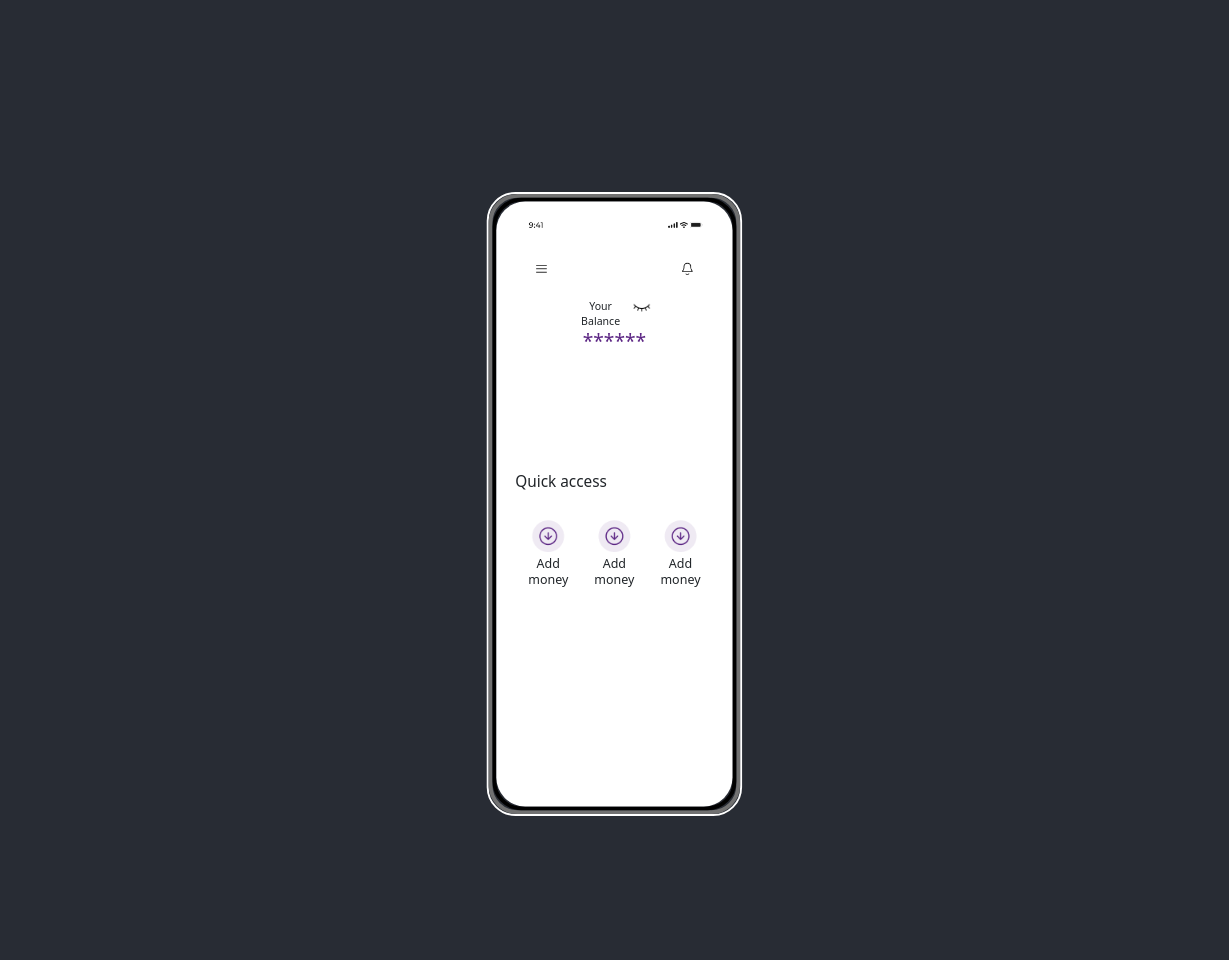
Repository: sarahnnanyelugo/fcmb-hackathon
Page: /
The author's editor kept a copy of each file at every save. The page is drawn from the files as they stood at one save, then again after the next save.
The browser window is 1280 px wide. The pictures show the whole page, at 96% of full size.
The project was rebuilt for these pictures with package versions that can differ from the ones it lists, and the page was loaded fresh each time.

Above is the page before, as saved 2023-10-28 18:32:56.

### src/App.js
import "bootstrap/dist/css/bootstrap.min.css";
import Top from "./assets/images/top.png";
import Menu from "./assets/images/menu.png";
import Bell from "./assets/images/bell.png";
import Eye from "./assets/images/eye.png";
import Eye2 from "./assets/images/eye2.png";
import Add from "./assets/images/add.png";
import Transfer from "./assets/images/trans.png";
import Card from "./assets/images/atm.png";
import Mobile from "./assets/images/topup.png";
import Lending from "./assets/images/lend.png";
import Data from "./assets/images/data.png";
import "./App.scss";
import { useState } from "react";

function App() {
  const [showBalance, setShowBalance] = useState(false);
  const [balance, setBalance] = useState("");

  const toggleShowBalance = () => {
    setShowBalance(!showBalance);
  };
  return (
    <>
      <div className="app-header">
        <center>
          <div className="col-md-3">
            <center>
              <div className="col-md-10 app">
                <div className="app-inner">
                  <div className="app-inner2">
                    <div className="app-face">
                      <img src={Top} alt="icon" width="100%" />
                      <div className="flexy" style={{ padding: "20px" }}>
                        <div className="col-md-1 ">
                          {" "}
                          <img src={Menu} alt="icon" width="100%" />
                        </div>
                        <div className="col-md-1 offset-md-10">
                          {" "}
                          <img src={Bell} alt="icon" width="100%" />
                        </div>
                      </div>
                      <center>
                        <div className="col-md-5 balance">
                          <div className="flexy">
                            <small className="col-md-8"> Your Balance </small>
                            <span
                              onClick={toggleShowBalance}
                              className="col-md-4"
                            >
                              {showBalance ? (
                                <img
                                  className=""
                                  src={Eye}
                                  alt="Scholar"
                                  width="60%"
                                />
                              ) : (
                                <img
                                  className=""
                                  src={Eye2}
                                  alt="Scholar"
                                  width="80%"
                                />
                              )}
                            </span>
                          </div>
                          <h5>{showBalance ? "₦2,000" : "******"}</h5>
                        </div>
                      </center>
                      <br />
                      <h6 style={{ float: "left" }}>Quick access</h6>
                      <div className="flexy col-md-12 access">
                        <div className="col-md-4">
                          {" "}
                          <img src={Add} alt="icon" width="50%" />
                          <h6>Add money</h6>
                        </div>
                        <div className="col-md-4">
                          {" "}
                          <img src={Add} alt="icon" width="50%" />
                          <h6>Add money</h6>
                        </div>
                        <div className="col-md-4">
                          {" "}
                          <img src={Add} alt="icon" width="50%" />
                          <h6>Add money</h6>
                        </div>
                      </div>
                    </div>
                  </div>
                </div>
              </div>
            </center>
          </div>
        </center>
      </div>
    </>
  );
}

export default App;

### src/App.scss
.app-header {
  background-color: #282c34;
  height: 1000px;
  padding-top: 200px;
  width: 100%;
}

.app {
  border: solid 2px #fff;
  height: 650px;
  border-radius: 30px;
}
.app-inner {
  border: solid 4px #717171;
  height: 100%;
  border-radius: 30px;
}
.app-inner2 {
  border: solid 4px #000;
  height: 100%;
  border-radius: 30px;
}
.app-face {
  background: #fff;
  height: 100%;
  border-radius: 30px;
  padding: 10px 20px;
}
.flexy {
  display: flex;
}
.flexy1 {
  flex-grow: 1;
}
.balance {
  h5 {
    color: #5c2684;
    margin-bottom: 100px;
  }
  small {
    font-size: 11px;
  }
  img {
    margin-top: -10px;
  }
}
.access {
  margin-top: 50px;
  h6 {
    font-size: 13px;
    margin-top: 5px;
  }
}

Loaded but not shown: public/index.html (common file); src/index.js (common file); src/index.css (common file); src/reportWebVitals.js (common file)

After the next save:
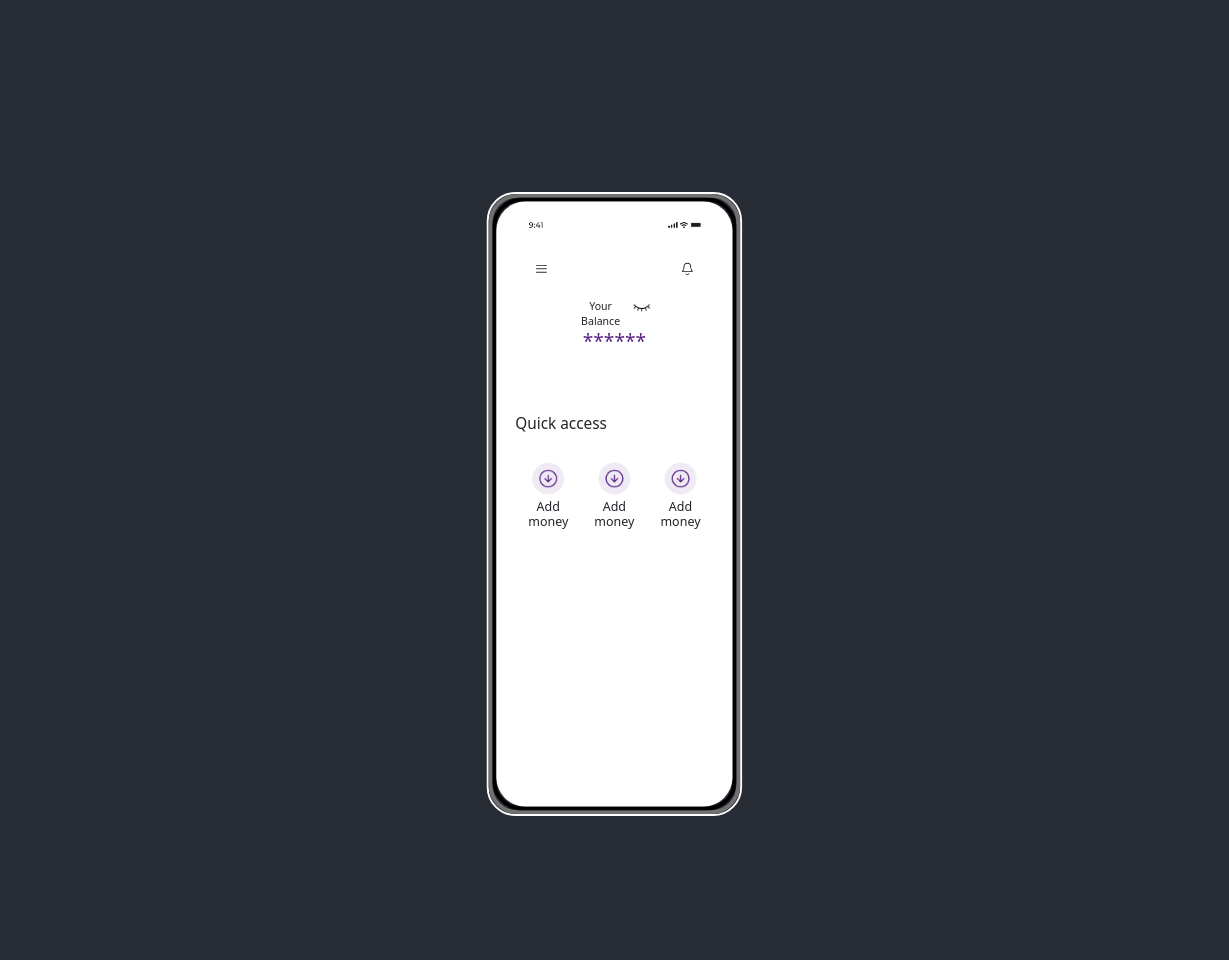
Saved 7 s later.
--- a/src/App.scss
+++ b/src/App.scss
@@ -35,7 +35,7 @@
 .balance {
   h5 {
     color: #5c2684;
-    margin-bottom: 100px;
+    margin-bottom: 40px;
   }
   small {
     font-size: 11px;
